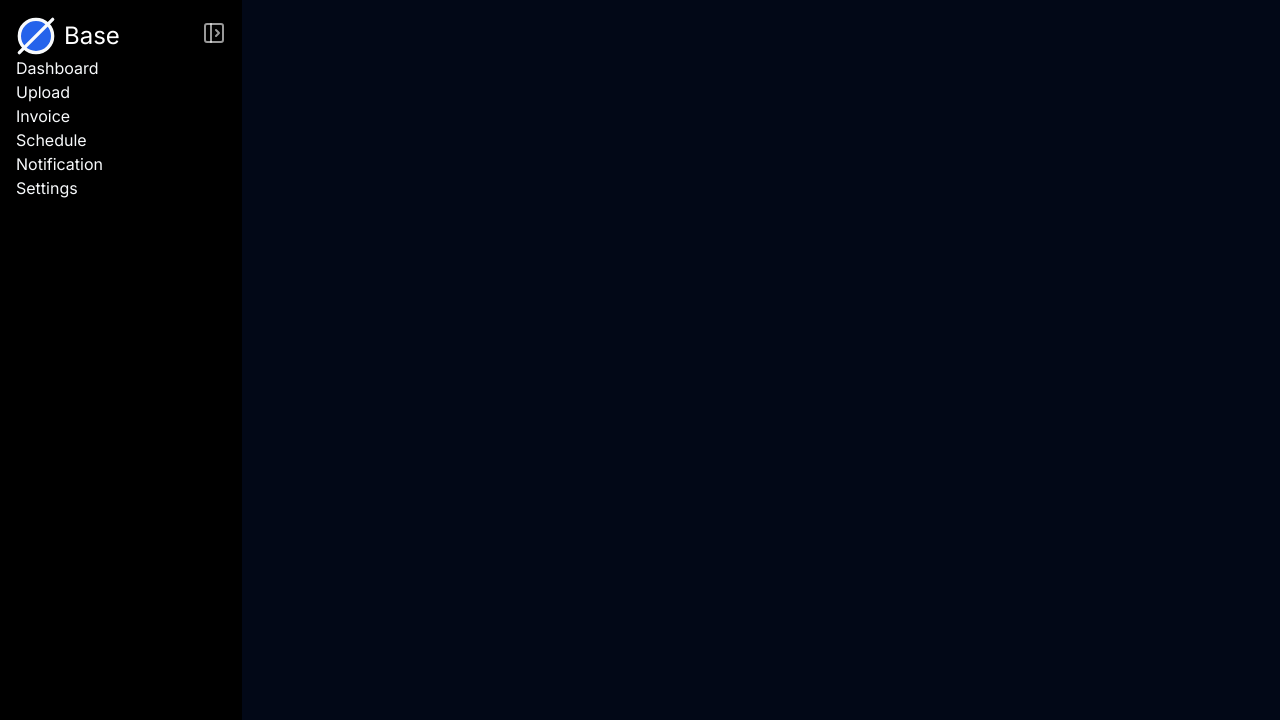
Repository: Hardyy00/openinapp_assignment
Page: /upload
The author's editor kept a copy of each file at every save. The page is drawn from the files as they stood at one save, then again after a run of saves.
The browser window is 1280 px wide. The pictures show the whole page.
The project was rebuilt for these pictures with package versions that can differ from the ones it lists, and the page was loaded fresh each time. The framework's server and built-in components were replaced by stand-ins that run in the browser. Also part of the build but not shown: next.config.mjs.

Above is the page before, as saved 2024-08-23 21:53:21.

After the next 2 saves:
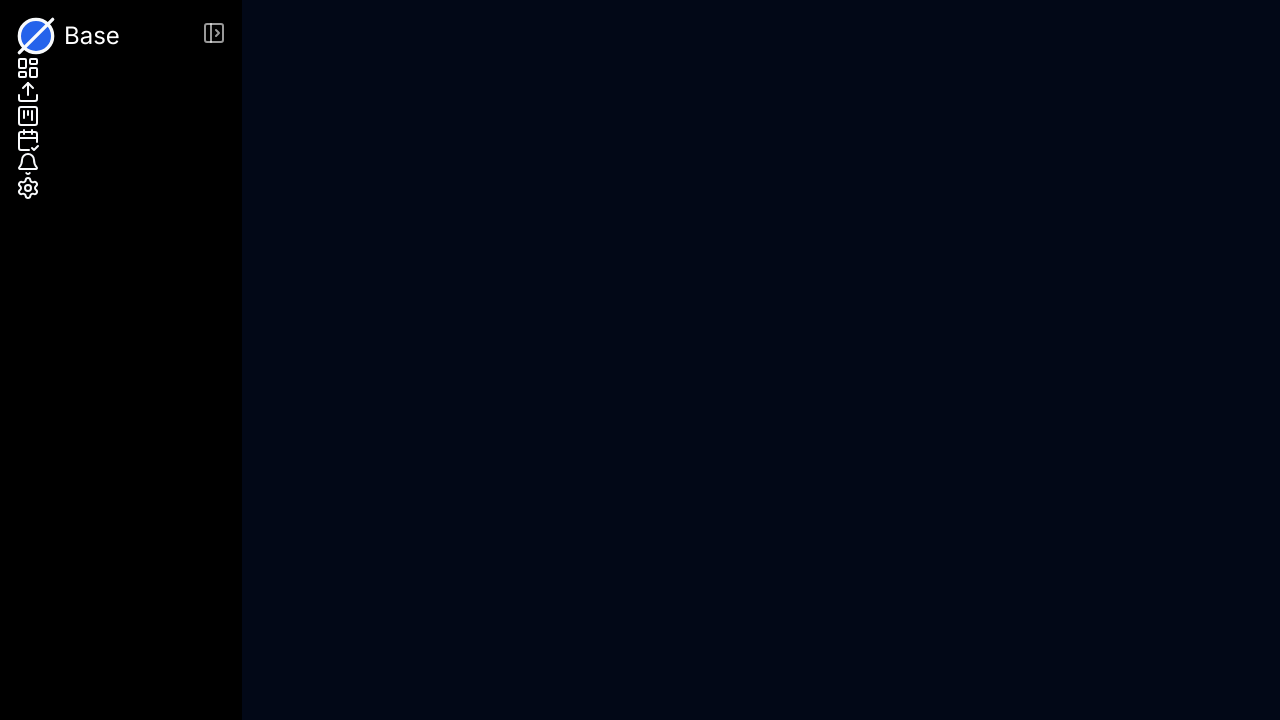
The 2 saves are shown as one change because they came seconds apart.
The last was saved 14 s later.
--- a/app/(browse)/_components/nav-item.tsx
+++ b/app/(browse)/_components/nav-item.tsx
@@ -22,9 +22,9 @@ export const NavItem: React.FC<NavItemProps> = ({
 
   return (
     <div className={cn("w-full")}>
-      {/* <Icon /> */}
+      <Icon />
 
-      <p className={cn("", isSame && "", collapse && "hidden")}>{label}</p>
+      {/* <p className={cn("", isSame && "", collapse && "hidden")}>{label}</p> */}
     </div>
   );
 };
